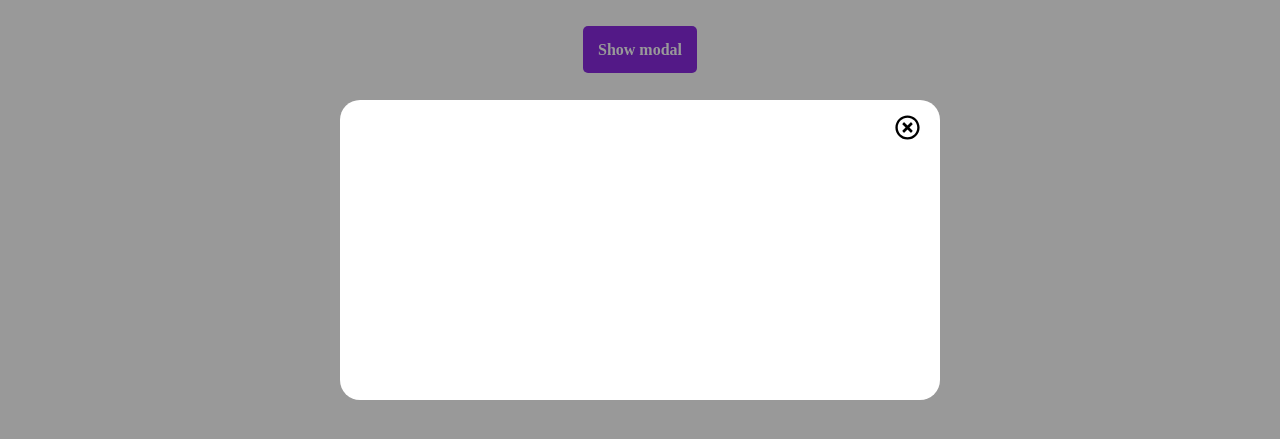
Repository: AnhTuan191298/sent-file-hoang
Page: js_modal/index.html
The author's editor kept a copy of each file at every save. The page is drawn from the files as they stood at one save, then again after the next save.
The browser window is 1280 px wide. The pictures show the whole page.

Above is the page before, as saved 2021-02-01 14:56:35.

### js_modal/index.html
<!DOCTYPE html>
<html lang="en">
<head>
    <meta charset="UTF-8">
    <meta name="viewport" content="width=device-width, initial-scale=1.0">
    <title>Modal</title>
    <style>
        * {
            margin: 0;
            padding: 0;
        }
        .modal {
            display: flex;
            justify-content: center;
            width: 100%;
            height: 100px;
            align-items: center;
        }
        .modal__action {
            text-decoration: none;
            padding: 15px;
            background-color: blueviolet;
            color: white;
            font-weight: bold;
            border-radius: 5px;
        }
        .layout.active {
            position: fixed;
            top: 0;
            bottom: 0;
            right: 0;
            left: 0;
            background-color: rgba(0, 0, 0, 0.4);
        }
        .modal_show {
            display: flex;
            z-index: 999;
            position: fixed;
            width: 100%;
            justify-content: center;
        }
        .modal_show-contain {
            background-color: white;
            width: 600px;
            min-height: 300px;
            border-radius: 20px;
            position: relative;
        }
        .modal_show__close {
            position: absolute;
            top: 15px;
            right: 20px;
        }
        .modal_show__close-img {
            width: 25px;
            height: 25px;
            cursor: pointer;
        }
    </style>
</head>
<body>
    <div class="modal">
        <div class="modal_buttun">
            <a class="modal__action" href="#">Show modal</a>
        </div>
    </div>
    <div class="layout active"></div>
    <div class="modal_show">
        <div class="modal_show-contain">
            <div class="modal_show__close">
                <img class="modal_show__close-img" src="./assets/imgs/times-circle-regular.svg" alt="close">
            </div>
        </div>
    </div>

    <script src="./assets/js/main.js"></script>
</body>
</html>

Loaded but not shown: js_modal/assets/js/main.js (no stored copy; drawn as an empty file)

After the next save:
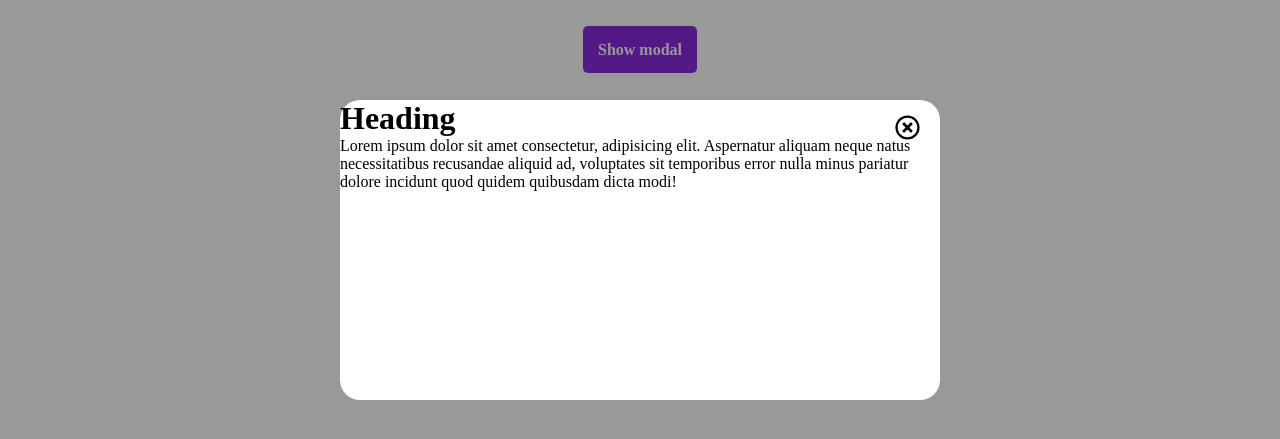
Saved 90 s later.
--- a/js_modal/index.html
+++ b/js_modal/index.html
@@ -70,6 +70,17 @@
             <div class="modal_show__close">
                 <img class="modal_show__close-img" src="./assets/imgs/times-circle-regular.svg" alt="close">
             </div>
+            <div class="modal_show-main">
+                <div class="modal_show-main-head">
+                    <h1>Heading</h1>
+                </div>
+                <div class="modal_show-main-ders">
+                    <p>Lorem ipsum dolor sit amet consectetur, adipisicing elit.
+                        Aspernatur aliquam neque natus necessitatibus recusandae aliquid ad,
+                        voluptates sit temporibus error nulla minus pariatur dolore
+                        incidunt quod quidem quibusdam dicta modi!</p>
+                </div>
+            </div>
         </div>
     </div>
 
